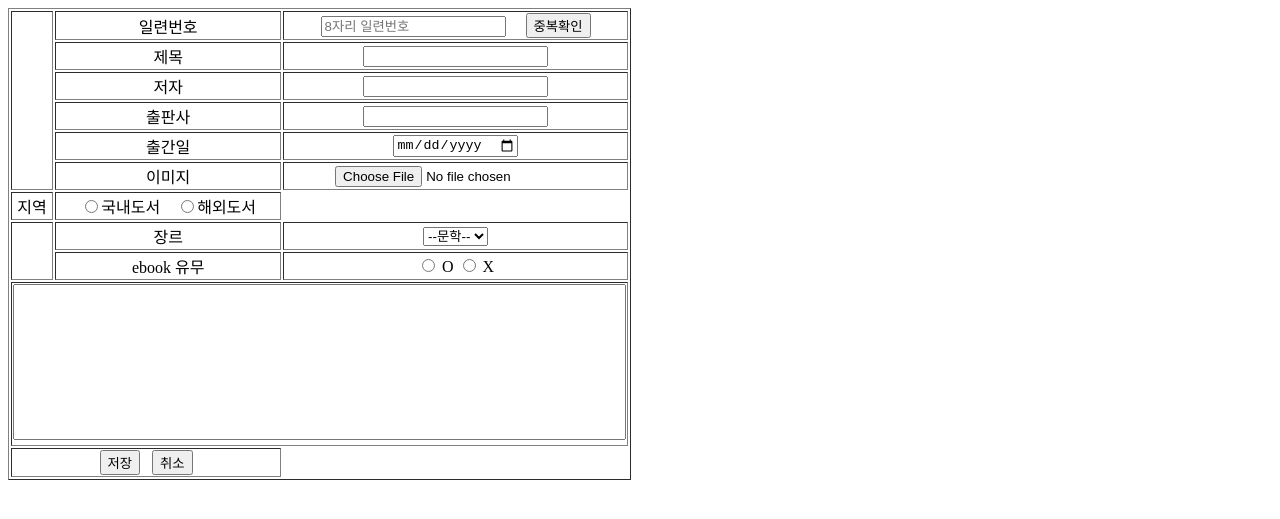
Repository: Served01/Project2_2209
Page: http://localhost/bookReviewProgram/bkListPro.jsp
The author's editor kept a copy of each file at every save. The page is drawn from the files as they stood at one save, then again after the next save.
The browser window is 1280 px wide. The pictures show the whole page.
The page is served by Tomcat 9. Other server files are loaded and not shown.

Above is the page before, as saved 2022-09-24 04:10:07.

### bookReviewProgram/src/main/webapp/bkListPro.jsp
<%@ page language="java" contentType="text/html; charset=UTF-8"
    pageEncoding="UTF-8"%>
<!DOCTYPE html>
<html>
<head>
<meta charset="UTF-8">
<title>Insert title here</title>
</head>
<body>
<table border="1">
	<tr align = "center">
		<td rowspan="6">
		<td>일련번호</td>
		<td><input type="text" name="bk_number" placeholder="8자리 일련번호"/>
			&nbsp; &nbsp;
			<button type="button">중복확인</button></td>
	</tr>
	<tr align = "center">
		<!-- <td> rowspan=6 -->
		<td>제목</td>
		<td><input type="text" name="bk_title"/></td>
	</tr>
	<tr align = "center">
		<!-- <td> rowspan=6 -->
		<td>저자</td>
		<td><input type="text" name="bk_writer"/></td>
	</tr>
	<tr align = "center">
		<!-- <td> rowspan=6 -->
		<td>출판사</td>
		<td><input type="text" name="bk_publisher"/></td>
	</tr>
	<tr align = "center">
		<!-- <td> rowspan=6 -->
		<td>출간일</td>
		<td><input type="date" name="bk_pubdate"/></td>
	</tr>
	<tr align = "center">
		<!-- <td> rowspan=6 -->
		<td>이미지</td>
		<td>&nbsp;&nbsp;&nbsp;<input type="file" value="파일 선택" name="bk_image"/>
	</tr>
	<tr align = "center">
		<!-- <td> rowspan=6 -->
		<td>지역</td>
		<td>
		<input type="radio" name="bk_local" value="0"/>국내도서
		&nbsp;&nbsp;
		<input type="radio" name="bk_local" value="1"/>해외도서
		</td>
	</tr>
	<tr align="center">
		<td rowspan="2">
		<td>장르</td>
		<td>
			<select name="bk_genre">
				<option value="0">--문학--</option>
				<option value="1">--역사--</option>
				<option value="2">--소설--</option>
				<option value="3">--만화--</option>
				<option value="4">--기타--</option>
			</select>
		</td>
	</tr>
	<tr align="center">
		<!-- <td> rowspan=2 -->
		<td>ebook 유무</td>
		<td>
			<input type="radio" name="bk_ebook" value="0"/> O
			<input type="radio" name="bk_ebook" value="1"/> X
		</td>
	</tr>
	<!-- 작성일 sysdate 처리 -->
	<tr align="center">
		<td colspan="3">
			<textarea rows="10" cols="74" name="bk_detail" style ="resize:none"></textarea></td>
	</tr>
	<tr align="center">
		<td colspan="2">
			<input type="submit" value="저장"/>&nbsp;&nbsp;
			<input type="button" value="취소" onclick="location.href='mainsession.jsp'"/>
	</tr>

</table>
</body>
</html>

After the next save:
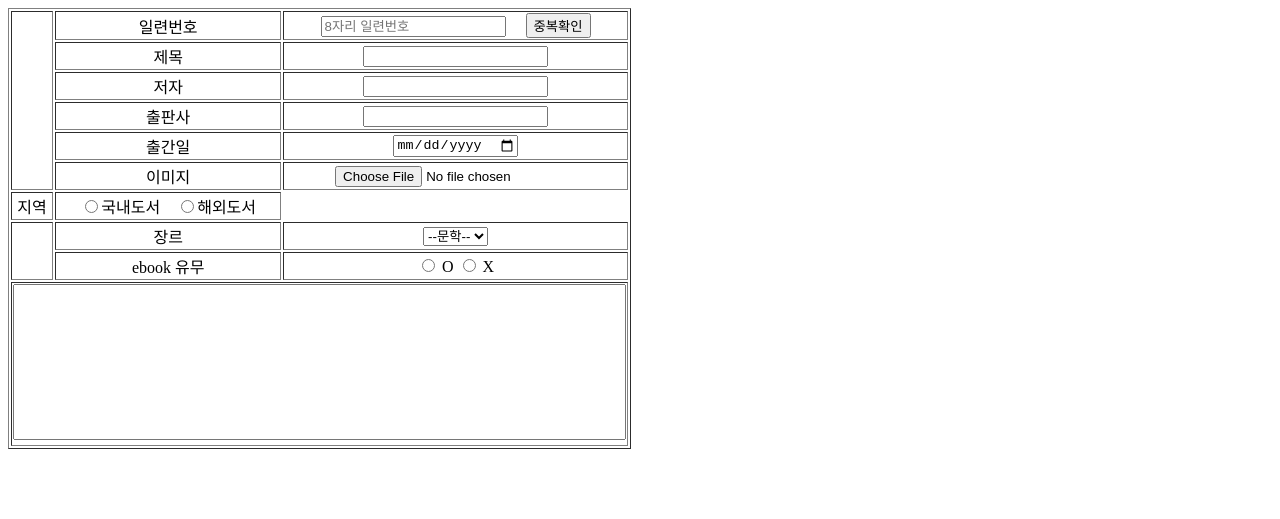
Saved 41 s later.
--- a/bookReviewProgram/src/main/webapp/bkListPro.jsp
+++ b/bookReviewProgram/src/main/webapp/bkListPro.jsp
@@ -4,7 +4,7 @@
 <html>
 <head>
 <meta charset="UTF-8">
-<title>Insert title here</title>
+<title>책 정보 조회 화면</title>
 </head>
 <body>
 <table border="1">
@@ -75,11 +75,6 @@
 		<td colspan="3">
 			<textarea rows="10" cols="74" name="bk_detail" style ="resize:none"></textarea></td>
 	</tr>
-	<tr align="center">
-		<td colspan="2">
-			<input type="submit" value="저장"/>&nbsp;&nbsp;
-			<input type="button" value="취소" onclick="location.href='mainsession.jsp'"/>
-	</tr>
 
 </table>
 </body>
